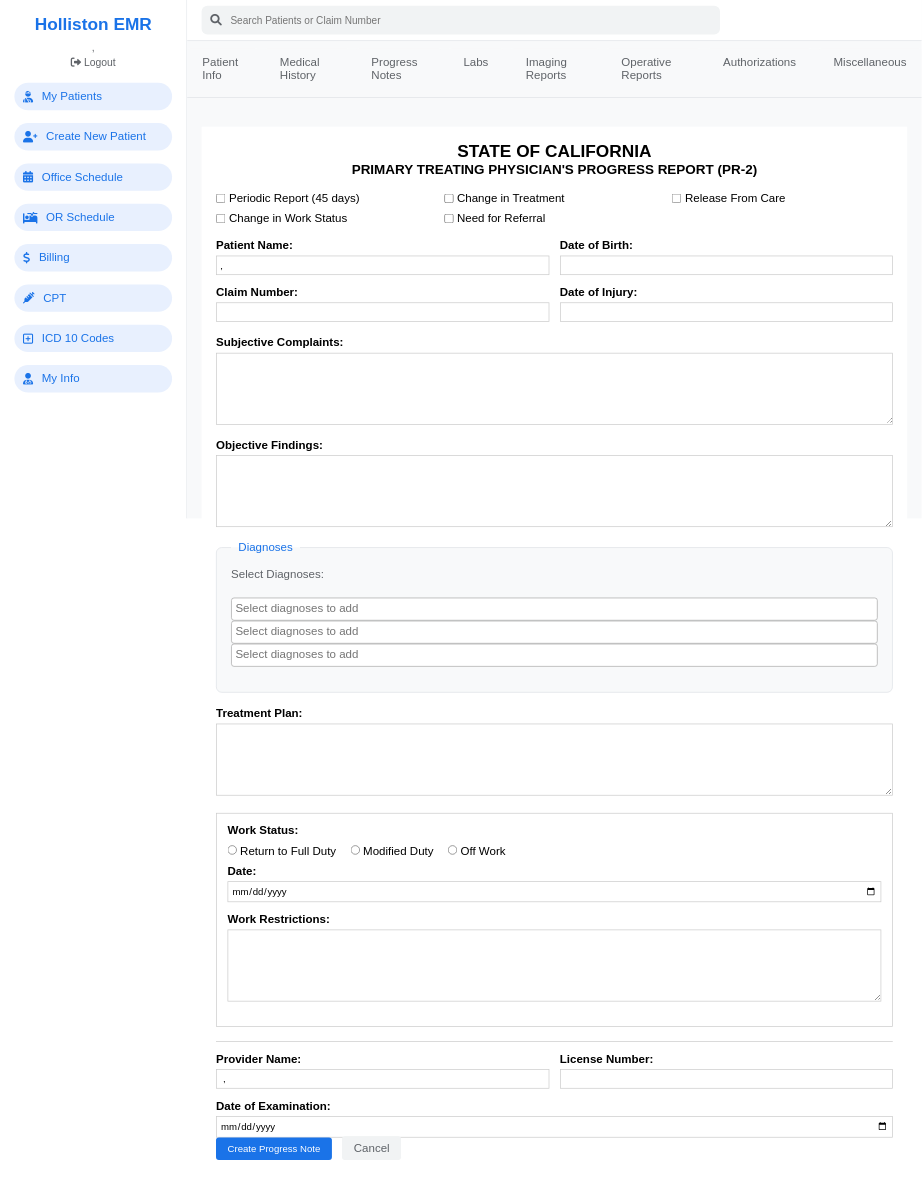
Repository: DavidG626/Flask-Project
Page: templates/create_progress_note.html
These files come from the project's save history. The page is drawn as it stood at one moment and after a run of saves; the edit follows.
The browser window is 1280 px wide. The pictures show the whole page, at 72% of full size.
Some web libraries are served in a nearby version. The template is drawn by Flask 3. The application's start-up code is not run. Other server files are loaded and not shown. The template is opened directly, without the code that normally fills it, so the values that code supplies are empty.

Above is the page before, as saved 2025-02-10 13:01:39.

### templates/create_progress_note.html
<!DOCTYPE html>
<html lang="en">
<head>
   <meta charset="UTF-8">
   <meta name="viewport" content="width=device-width, initial-scale=1.0">
   <title>Create Progress Note</title>
   <link rel="stylesheet" type="text/css" href="/static/dashboard.css">
   <link rel="stylesheet" type="text/css" href="/static/patient_info.css">
   <link rel="stylesheet" type="text/css" href="/static/pr2.css">
   <link href="https://cdn.jsdelivr.net/npm/select2@4.1.0-rc.0/dist/css/select2.min.css" rel="stylesheet" />
   <script src="https://cdn.jsdelivr.net/npm/jquery@3.6.0/dist/jquery.min.js"></script>
   <script src="https://cdn.jsdelivr.net/npm/select2@4.1.0-rc.0/dist/js/select2.min.js"></script>
   <link href="https://cdnjs.cloudflare.com/ajax/libs/font-awesome/6.0.0/css/all.min.css" rel="stylesheet">
</head>
<body>
   <div class="container">
       <!-- Sidebar -->
       <aside class="sidebar">
           <div class="logo">Holliston EMR</div>
           <div class="logged-user">
               {{ current_user.first_name }} {{ current_user.last_name }}, {{ current_user.medical_title }}
               <a href="{{ url_for('dashboard.logout') }}" class="logout-link">
                   <i class="fas fa-sign-out-alt"></i> Logout
               </a>
           </div>
           <nav>
               <ul>
                   <li class="active">
                       <a href="{{ url_for('dashboard.my_patients') }}">
                           <i class="fas fa-user-injured"></i>My Patients
                       </a>
                   </li>
               </ul>
               <br>
               <ul>
                   <li class="active">
                       <a href="{{ url_for('dashboard.create_patient') }}">
                           <i class="fas fa-user-plus"></i>Create New Patient
                       </a>
                   </li>
               </ul>
               <br>
               <ul>
                   <li class="active"><a href=""><i class="fas fa-calendar-alt"></i>Office Schedule</a></li>
               </ul>
               <br>
               <ul>
                   <li class="active"><a href=""><i class="fas fa-procedures"></i>OR Schedule</a></li>
               </ul>
               <br>
               <ul>
                   <li class="active"><a href=""><i class="fas fa-dollar-sign"></i>Billing</a></li>
               </ul>
               <br>
               <ul>
                   <li class="active">
                       <a href="{{ url_for('cpt.cpt_codes') }}">
                           <i class="fas fa-syringe"></i>CPT
                       </a>
                   </li>
               </ul>
               <br>
               <ul>
                   <li class="active">
                       <a href="{{ url_for('icd10.icd10_codes') }}">
                           <i class="far fa-plus-square"></i>ICD 10 Codes
                       </a>
                   </li>
               </ul>
               <br>
               <ul>
                   <li class="active">
                       <a href="{{ url_for('dashboard.my_info') }}">
                           <i class="fas fa-user-md"></i>My Info
                       </a>
                   </li>
               </ul>
           </nav>
       </aside>

       <!-- Main Content -->
       <main>
           <header>
               <div class="search-bar">
                   <i class="fas fa-search"></i>
                   <form action="{{ url_for('dashboard.my_patients') }}" method="get">
                       <input type="text" name="search" placeholder="Search Patients or Claim Number">
                   </form>
               </div>
           </header>

           <!-- Patient Tabs -->
           <div class="patient-tabs">
                <a href="{{ url_for('dashboard.patient_detail', patient_id=patient.id) }}" class="tab">Patient Info</a>
                <a href="{{ url_for('dashboard.patient_medical_history', patient_id=patient.id) }}" class="tab">Medical History</a>
                <a href="{{ url_for('pr2.progress_notes', patient_id=patient.id) }}" class="tab active">Progress Notes</a>
                <a href="{{ url_for('labs.patient_labs', patient_id=patient.id) }}" class="tab">Labs</a>
                <a href="{{ url_for('imaging.patient_imaging', patient_id=patient.id) }}" class="tab">Imaging Reports</a>
                <a href="{{ url_for('operative.patient_operative_reports', patient_id=patient.id) }}" class="tab">Operative Reports</a>
                <a href="{{ url_for('auth.patient_authorizations', patient_id=patient.id) }}" class="tab">Authorizations</a>
                <a href="{{ url_for('misc.patient_misc', patient_id=patient.id) }}" class="tab">Miscellaneous</a>
            </div>

           <div class="content">
            <div class="pr2-form">
                <div class="pr2-header">
                    <h2>STATE OF CALIFORNIA</h2>
                    <h3>PRIMARY TREATING PHYSICIAN'S PROGRESS REPORT (PR-2)</h3>
                </div>

                <form method="POST">
                    <!-- Report Type Section -->
                    <div class="checkbox-grid">
                        <div class="checkbox-item">
                            <input type="checkbox" name="is_periodic_report" id="periodic">
                            <label for="periodic">Periodic Report (45 days)</label>
                        </div>
                        <div class="checkbox-item">
                            <input type="checkbox" name="is_change_in_treatment" id="treatment">
                            <label for="treatment">Change in Treatment</label>
                        </div>
                        <div class="checkbox-item">
                            <input type="checkbox" name="is_release_from_care" id="release">
                            <label for="release">Release From Care</label>
                        </div>
                        <div class="checkbox-item">
                            <input type="checkbox" name="is_change_in_work_status" id="work">
                            <label for="work">Change in Work Status</label>
                        </div>
                        <div class="checkbox-item">
                            <input type="checkbox" name="is_need_for_referral" id="referral">
                            <label for="referral">Need for Referral</label>
                        </div>
                    </div>

                    <!-- Patient Information Section -->
                    <div class="patient-info-grid">
                        <div class="form-field">
                            <label>Patient Name:</label>
                            <input type="text" value="{{ patient.patient_last_name }}, {{ patient.patient_first_name }}" readonly>
                        </div>
                        <div class="form-field">
                            <label>Date of Birth:</label>
                            <input type="text" value="{{ patient.patient_date_of_birth.strftime('%m/%d/%Y') }}" readonly>
                        </div>
                        <div class="form-field">
                            <label>Claim Number:</label>
                            <input type="text" value="{{ patient.patient_claim_number }}" readonly>
                        </div>
                        <div class="form-field">
                            <label>Date of Injury:</label>
                            <input type="text" value="{{ patient.patient_date_of_injury.strftime('%m/%d/%Y') }}" readonly>
                        </div>
                    </div>

                    <!-- Subjective Section -->
                    <div class="text-area-field">
                        <label>Subjective Complaints:</label>
                        <textarea name="subjective_complaints" required></textarea>
                    </div>

                    <!-- Objective Section -->
                    <div class="text-area-field">
                        <label>Objective Findings:</label>
                        <textarea name="objective_findings" required></textarea>
                    </div>



                    <!-- Diagnosis -->
                    <fieldset>
                        <legend>Diagnoses</legend>
                        <div class="form-group">
                            <label>Select Diagnoses:</label><br>
                            <select name="diagnoses" multiple class="form-select">
                                <option value="">Select a diagnosis</option>
                                {% for code in icd10_codes %}
                                    <option value="{{ code.id }}">{{ code.description }} ({{ code.code }})</option>
                                {% endfor %}
                            </select><br>

                            <select name="diagnoses" multiple class="form-select">
                                <option value="">Select a diagnosis</option>
                                {% for code in icd10_codes %}
                                    <option value="{{ code.id }}">{{ code.description }} ({{ code.code }})</option>
                                {% endfor %}
                            </select><br>

                            <select name="diagnoses" multiple class="form-select">
                                <option value="">Select a diagnosis</option>
                                {% for code in icd10_codes %}
                                    <option value="{{ code.id }}">{{ code.description }} ({{ code.code }})</option>
                                {% endfor %}
                            </select><br>
                        </div>
                    </fieldset>



                    <!-- Treatment Plan Section -->
                    <div class="text-area-field">
                        <label>Treatment Plan:</label>
                        <textarea name="treatment_plan" required></textarea>
                    </div>

                    <!-- Work Status Section -->
                    <div class="work-status-section">
                        <h4>Work Status:</h4>
                        <div class="work-status-options">
                            <div class="radio-item">
                                <input type="radio" name="work_status" value="full_duty" id="full_duty">
                                <label for="full_duty">Return to Full Duty</label>
                            </div>
                            <div class="radio-item">
                                <input type="radio" name="work_status" value="modified" id="modified">
                                <label for="modified">Modified Duty</label>
                            </div>
                            <div class="radio-item">
                                <input type="radio" name="work_status" value="off_work" id="off_work">
                                <label for="off_work">Off Work</label>
                            </div>
                        </div>
                        <div class="form-field">
                            <label>Date:</label>
                            <input type="date" name="work_status_date">
                        </div>
                        <div class="text-area-field" id="work-restrictions">
                            <label>Work Restrictions:</label>
                            <textarea name="work_restrictions"></textarea>
                        </div>
                    </div>

                    <!-- Provider Information Section -->
                    <div class="provider-section">
                        <div class="form-row">
                            <div class="form-field">
                                <label>Provider Name:</label>
                                <input type="text" value="{{ current_user.first_name }} {{ current_user.last_name }}, {{ current_user.medical_title }}" readonly>
                            </div>
                            <div class="form-field">
                                <label>License Number:</label>
                                <input type="text" value="{{ current_user.medical_license }}" readonly>
                            </div>
                        </div>
                        <div class="form-field">
                            <label>Date of Examination:</label>
                            <input type="date" name="date_of_exam" required>
                        </div>
                    </div>

                    <div class="form-buttons">
                        <button type="submit" class="save-btn">Create Progress Note</button>
                        <a href="{{ url_for('pr2.progress_notes', patient_id=patient.id) }}" class="cancel-btn">Cancel</a>
                    </div>
                </form>
            </div>
        </div>
        <script>
            $(document).ready(function() {
                $('.form-select').select2({
                    placeholder: 'Select diagnoses to add',
                    allowClear: true,
                    width: '100%'
                });
            });
            </script>

       </main>
       </body>

### static/patient_info.css
.registration-container {
    background: white;
    border-radius: 8px;
    padding: 20px;
    margin: 20px;
    box-shadow: 0 2px 4px rgba(0,0,0,0.1);
}

.registration-container h2 {
    color: #5f6368;
    margin-bottom: 20px;
    font-size: 1.5rem;
}

fieldset {
    border: 1px solid #e1e4e8;
    border-radius: 8px;
    padding: 20px;
    margin-bottom: 20px;
    background: #f8f9fa;
}

legend {
    color: #1a73e8;
    font-weight: 500;
    padding: 0 10px;
}

.form-group {
    margin-bottom: 15px;
}

.form-group label {
    display: block;
    margin-bottom: 5px;
    color: #5f6368;
    font-weight: 500;
}

.form-input {
    width: 100%;
    padding: 8px 12px;
    border: 1px solid #e1e4e8;
    border-radius: 4px;
    font-size: 14px;
    background: white;
}

/* Date fields styling */
.date-group {
    display: flex;
    gap: 10px;
}

.date-group .form-input {
    width: 33%;
    text-align: center;
}

/* Button styling */
.buttons {
    margin-top: 20px;
    display: flex;
    gap: 10px;
}

.save-btn {
    background: #1a73e8;
    color: white;
    padding: 8px 16px;
    border: none;
    border-radius: 4px;
    cursor: pointer;
    font-weight: 500;
    text-decoration: none;
}

.save-btn:hover {
    background: #1557b0;
}

.cancel-btn {
    background: #f1f3f4;
    color: #5f6368;
    padding: 8px 16px;
    border: none;
    border-radius: 4px;
    text-decoration: none;
    font-weight: 500;
}

.cancel-btn:hover {
    background: #e3e6e8;
}
/* Patient tabs styling */
.patient-tabs {
    display: flex;
    gap: 10px;
    padding: 10px 0;
    border-bottom: 1px solid #e1e4e8;
}

.patient-tabs .tab {
    padding: 10px 20px;
    background: #f8f9fa;
    color: #5f6368;
    text-decoration: none;
    border-radius: 4px 4px 0 0;
    cursor: pointer;
    border: 1px solid transparent;
}

.patient-tabs .tab:hover {
    color: #1a73e8;
}

.patient-tabs .tab:active,
.patient-tabs .tab:focus {
    background: white;
    border-color: #e1e4e8;
    color: #1a73e8;
    margin-bottom: -1px;
}

.pmh-tabs .tab-pane {
    display: none;
    padding: 20px;
    background: #ffffff;
}

/* Responsive adjustments */
@media (max-width: 1600px) {
    html {
        font-size: 16px;
    }
}

@media (max-width: 1200px) {
    html {
        font-size: 16px;
    }
}

@media (max-width: 992px) {
    html {
        font-size: 14px;
    }
}

@media (max-width: 768px) {
    html {
        font-size: 12px;
    }
}

@media (max-width: 600px) {
    html {
        font-size: 10px;
    }
}

### static/pr2.css
/* static/pr2.css */



.pr2-form {
    max-width: 1000px;
    margin: 20px auto;
    padding: 20px;
    background: white;
}

.pr2-header {
    text-align: center;
    margin-bottom: 20px;
}

.pr2-title {
    font-size: 18px;
    font-weight: bold;
    text-align: center;
    margin: 10px 0;
}

.checkbox-grid {
    display: grid;
    grid-template-columns: repeat(3, 1fr);
    gap: 10px;
    margin: 15px 0;
}

.checkbox-item {
    display: flex;
    align-items: center;
    gap: 5px;
}

.patient-info-grid {
    display: grid;
    grid-template-columns: repeat(2, 1fr);
    gap: 15px;
    margin: 20px 0;
}

.form-row {
    display: flex;
    gap: 15px;
    margin-bottom: 15px;
}

.form-field {
    flex: 1;
}

.form-field label {
    display: block;
    font-weight: bold;
    margin-bottom: 5px;
}

.form-field input {
    width: 100%;
    padding: 5px;
    border: 1px solid #ccc;
}

.text-area-field {
    margin: 15px 0;
}

.text-area-field label {
    display: block;
    font-weight: bold;
    margin-bottom: 5px;
}

.text-area-field textarea {
    width: 100%;
    min-height: 100px;
    padding: 10px;
    border: 1px solid #ccc;
}

.diagnoses-grid {
    display: grid;
    grid-template-columns: repeat(2, 1fr);
    gap: 15px;
    margin: 15px 0;
}

.diagnosis-row {
    display: flex;
    gap: 10px;
}

.work-status-section {
    margin: 20px 0;
    padding: 15px;
    border: 1px solid #ccc;
}

.work-status-options {
    display: flex;
    gap: 20px;
    margin: 10px 0;
}

.provider-section {
    margin-top: 20px;
    border-top: 1px solid #ccc;
    padding-top: 15px;
}

/* Print styles */
@media print {
    .pr2-form {
        margin: 0;
        padding: 0;
    }

    .sidebar, .patient-tabs, .buttons {
        display: none;
    }
}

/* Responsive adjustments */
@media (max-width: 1600px) {
    html {
        font-size: 16px;
    }
}

@media (max-width: 1200px) {
    html {
        font-size: 16px;
    }
}

@media (max-width: 992px) {
    html {
        font-size: 14px;
    }
}

@media (max-width: 768px) {
    html {
        font-size: 12px;
    }
}

@media (max-width: 600px) {
    html {
        font-size: 10px;
    }
}

Loaded but not shown: static/dashboard.css (408 lines, source omitted)

After the next 2 saves:
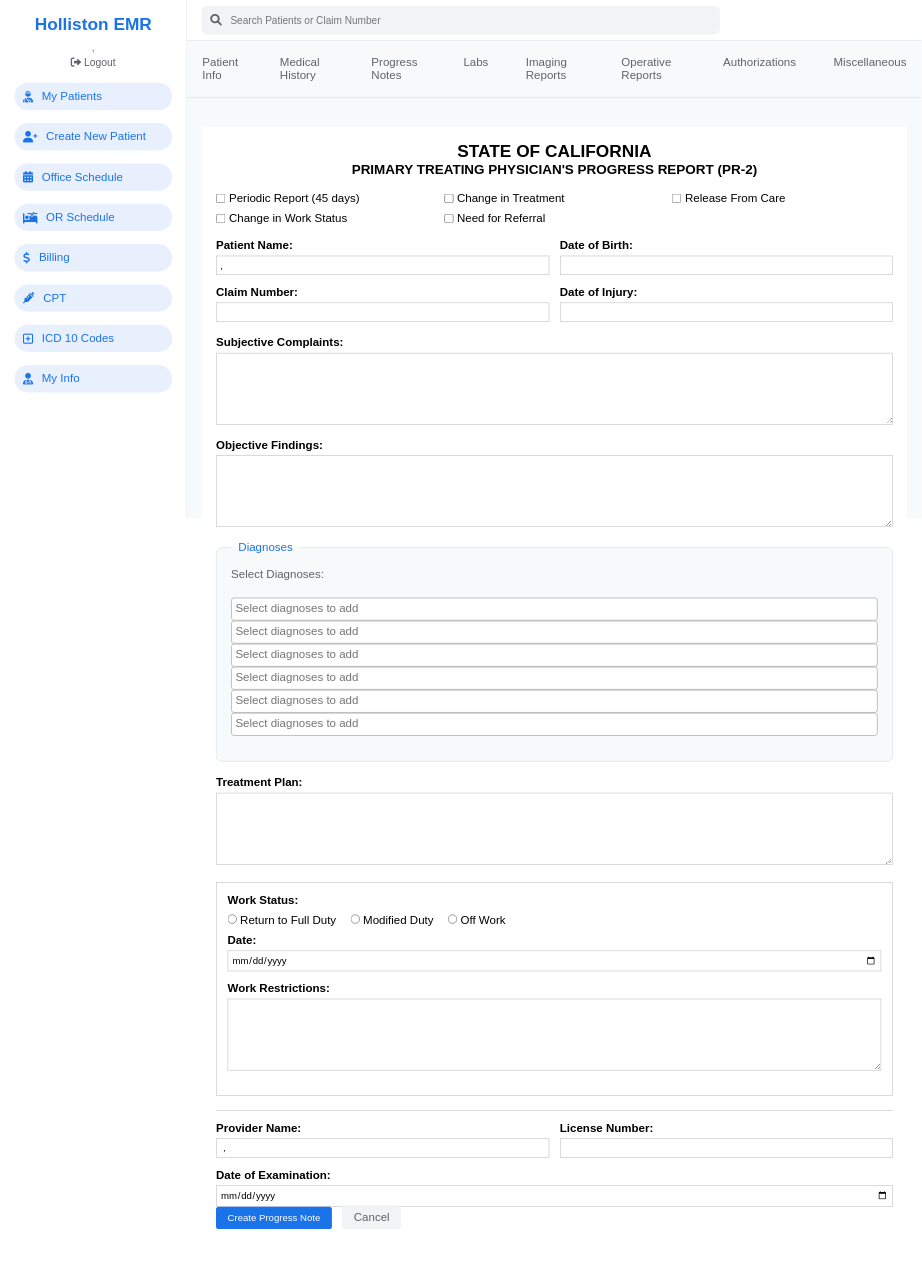
The 2 saves are shown as one change because they came seconds apart.
The last was saved 80 s later.
--- a/templates/create_progress_note.html
+++ b/templates/create_progress_note.html
@@ -192,6 +192,24 @@
                                     <option value="{{ code.id }}">{{ code.description }} ({{ code.code }})</option>
                                 {% endfor %}
                             </select><br>
+                            <select name="diagnoses" multiple class="form-select">
+                                <option value="">Select a diagnosis</option>
+                                {% for code in icd10_codes %}
+                                    <option value="{{ code.id }}">{{ code.description }} ({{ code.code }})</option>
+                                {% endfor %}
+                            </select><br>
+                            <select name="diagnoses" multiple class="form-select">
+                                <option value="">Select a diagnosis</option>
+                                {% for code in icd10_codes %}
+                                    <option value="{{ code.id }}">{{ code.description }} ({{ code.code }})</option>
+                                {% endfor %}
+                            </select><br>
+                            <select name="diagnoses" multiple class="form-select">
+                                <option value="">Select a diagnosis</option>
+                                {% for code in icd10_codes %}
+                                    <option value="{{ code.id }}">{{ code.description }} ({{ code.code }})</option>
+                                {% endfor %}
+                            </select><br>
                         </div>
                     </fieldset>
 
